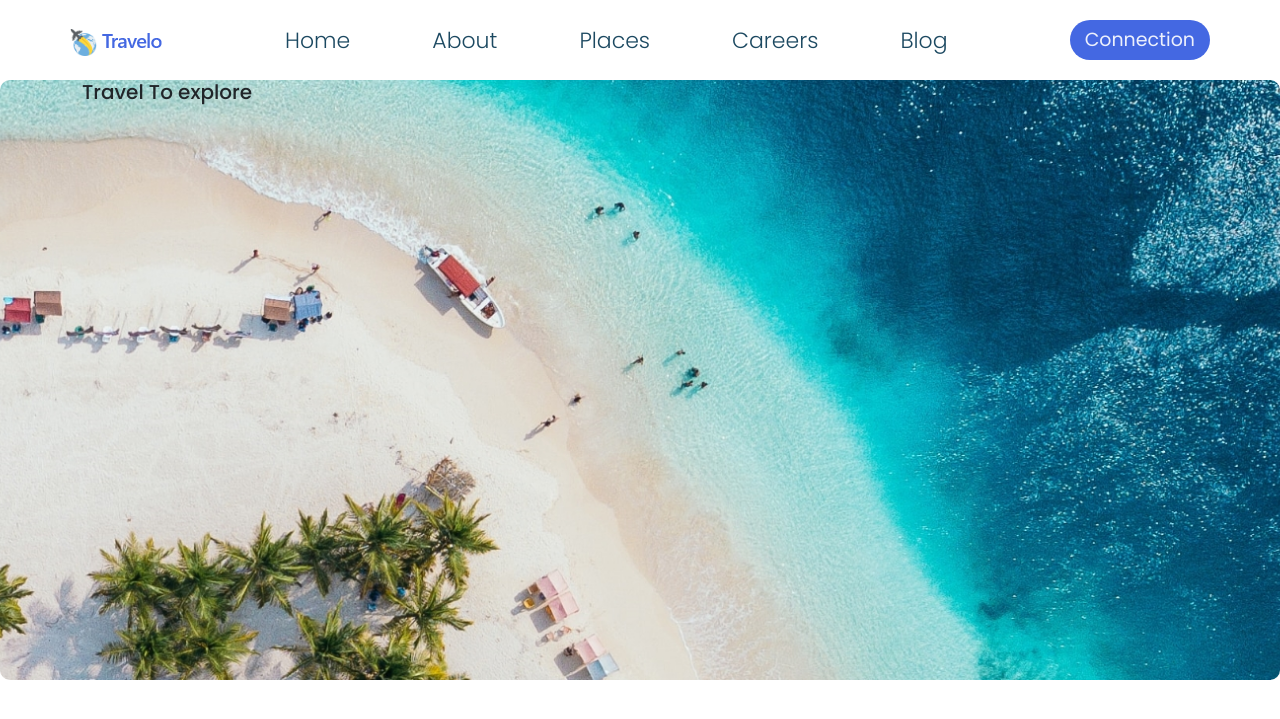
Repository: kuluong2000/travel
Page: index.html
An editor plug-in stored every save of this project. The page is shown before and after the next save, followed by the edit.
The browser window is 1280 px wide. The pictures show the whole page.
The style sheet was rebuilt from its Sass, Less or Tailwind sources for each picture, by a compiler version that may differ from the author's.

Above is the page before, as saved 2021-09-03 22:56:02.

After the next save:
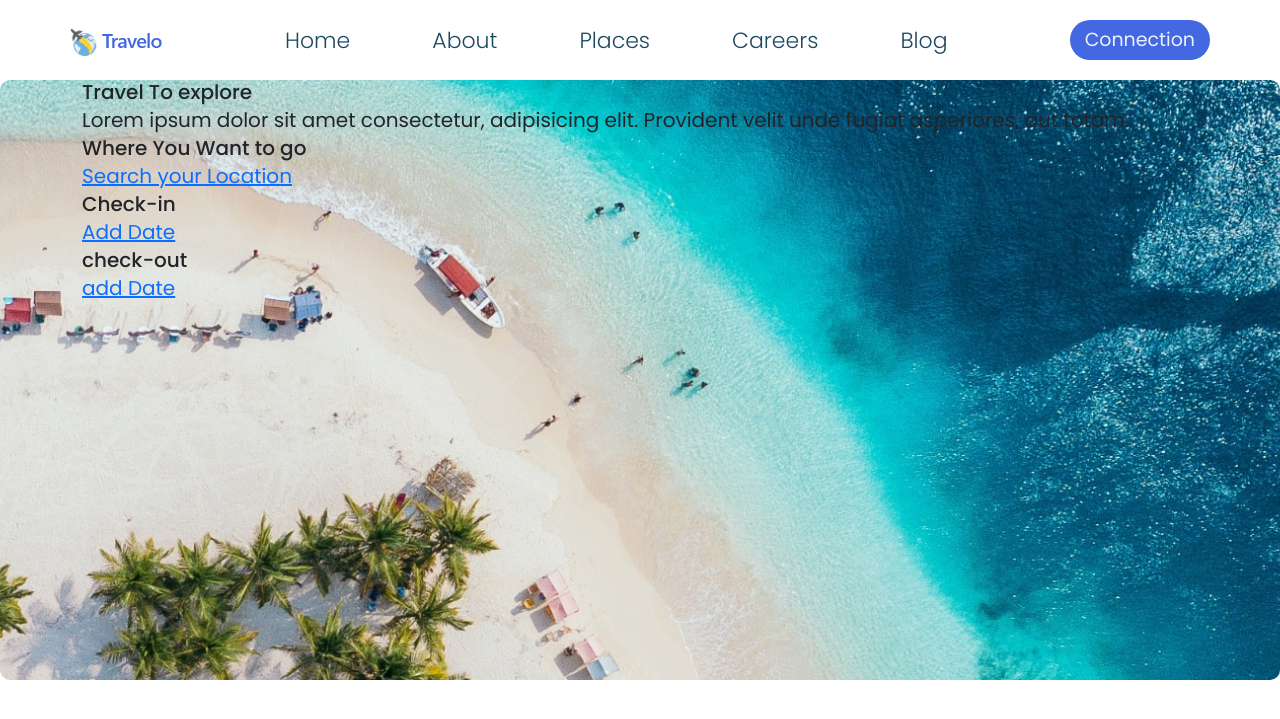
Saved 6 min 57 s later.
--- a/index.html
+++ b/index.html
@@ -59,6 +59,30 @@
             <div class="banner__main">
               <div class="banner__main__top">
                 <h1 class="banner__main__title">Travel To explore</h1>
+                <p class="banner__main__desc">
+                  Lorem ipsum dolor sit amet consectetur, adipisicing elit.
+                  Provident velit unde fugiat asperiores, aut totam.
+                </p>
+              </div>
+              <div class="banner__main__bottom">
+                <div class="banner__main_list">
+                  <div class="banner__main__item">
+                    <h4 class="banner__main__item__caption">
+                      Where You Want to go
+                    </h4>
+                    <a href="/" class="banner__main__item__desc"
+                      >Search your Location</a
+                    >
+                  </div>
+                  <div class="banner__main__item">
+                    <h4 class="banner__main__item__caption">Check-in</h4>
+                    <a href="/" class="banner__main__item__desc">Add Date</a>
+                  </div>
+                  <div class="banner__main__item">
+                    <h4 class="banner__main__item__caption">check-out</h4>
+                    <a href="/" class="banner__main__item__desc">add Date</a>
+                  </div>
+                </div>
               </div>
             </div>
           </div>
